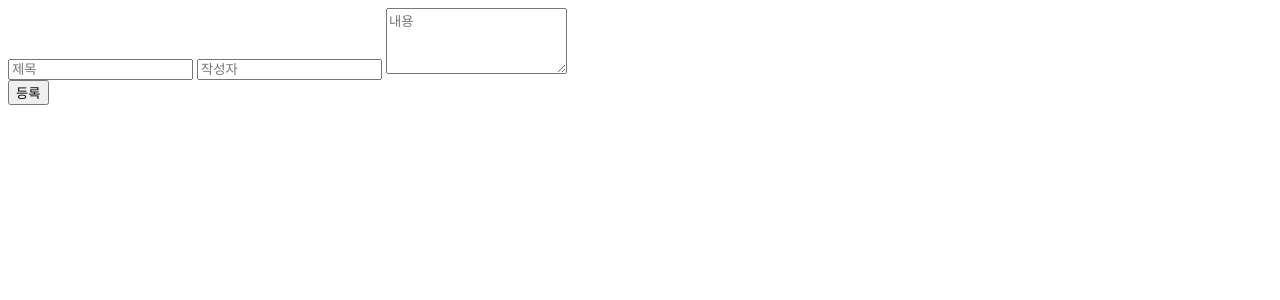
Repository: gunilkim/Java-JSP-study
Page: http://localhost/board/board/registForm.jsp
An editor plug-in stored every save of this project. The page is shown before and after the next save, followed by the edit.
The browser window is 1280 px wide. The pictures show the whole page.
The page is served by Tomcat 9.

Above is the page before, as saved 2023-11-01 17:52:11.

After the next save:
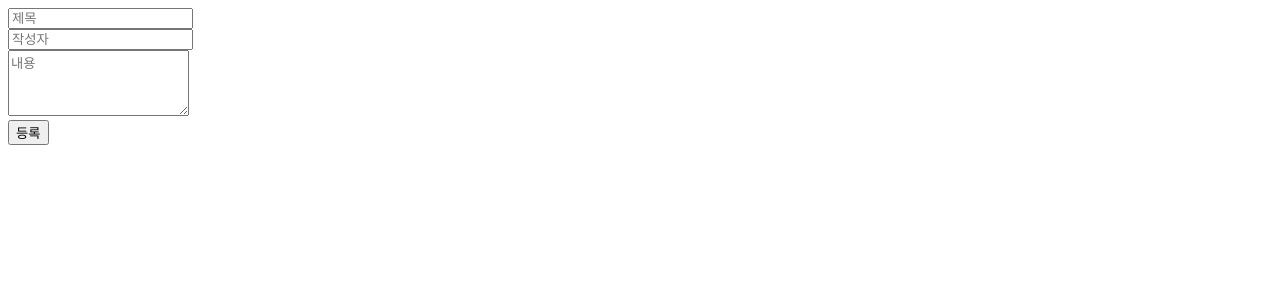
Saved 11 s later.
--- a/board/WebContent/board/registForm.jsp
+++ b/board/WebContent/board/registForm.jsp
@@ -8,8 +8,8 @@
 </head>
 <body>
 <form action="regist.jsp" method="post">
-	<input type="text" name="title" placeholder="제목" required>
-	<input type="text" name="writer" placeholder="작성자" required>
+	<input type="text" name="title" placeholder="제목" required><br>
+	<input type="text" name="writer" placeholder="작성자" required><br>
 	<textarea rows="4" cols="20" name="content" placeholder="내용"></textarea><br>
 	<input type="submit" value="등록">
 </form>
